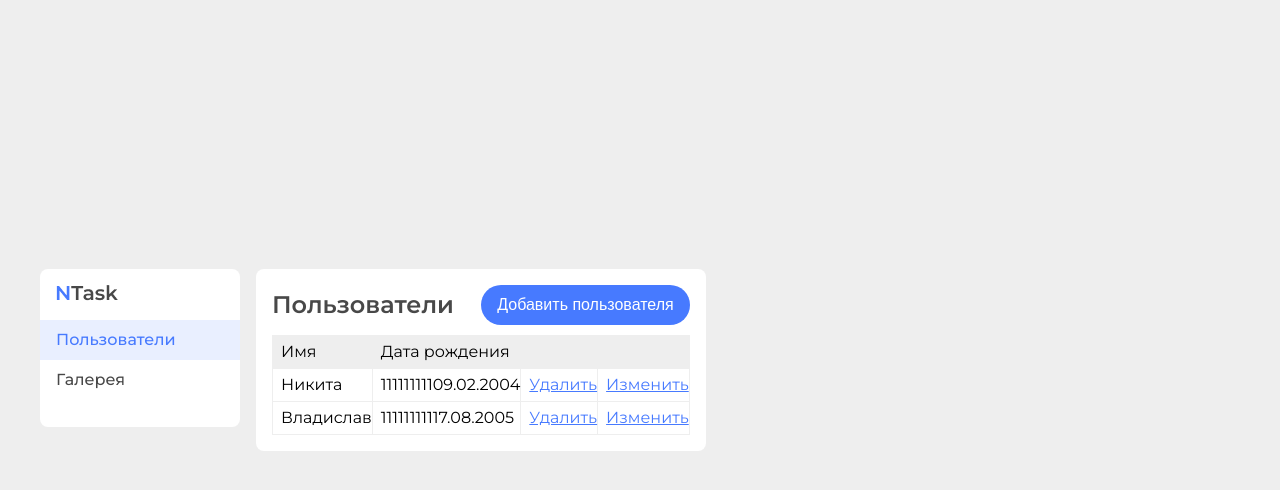
Repository: Grid-Master/NTask
Page: /gallery
These files come from the project's save history. The page is drawn as it stood at one moment and after the next save; the edit follows.
The browser window is 1280 px wide. The pictures show the whole page.
The project was rebuilt for these pictures with package versions that can differ from the ones it lists, and the page was loaded fresh each time. Also part of the build but not shown: src/components/gallery/gallery.sass, src/components/gallery/Gallery.tsx, src/components/updateUser/updateUser.sass, src/components/updateUser/UpdateUser.tsx.

Above is the page before, as saved 2023-06-09 19:45:46.

### public/index.html
<!DOCTYPE html>
<html lang="en">
  <head>
    <meta charset="utf-8" />
    <link rel="icon" href="%PUBLIC_URL%/favicon.ico" />
    <meta name="viewport" content="width=device-width, initial-scale=1" />
    <meta name="theme-color" content="#000000" />
    <meta name="description" content="Web site created using create-react-app" />
    <link rel="apple-touch-icon" href="%PUBLIC_URL%/logo192.png" />
    <link rel="preconnect" href="https://fonts.googleapis.com" />
    <link rel="preconnect" href="https://fonts.gstatic.com" crossorigin />
    <link
      href="https://fonts.googleapis.com/css2?family=Montserrat:wght@300;400;500;600;700&display=swap"
      rel="stylesheet" />
    <link rel="manifest" href="%PUBLIC_URL%/manifest.json" />
    <title>React App</title>
  </head>
  <body>
    <noscript>You need to enable JavaScript to run this app.</noscript>
    <div id="root"></div>
  </body>
</html>

### src/index.tsx
import React from 'react';
import ReactDOM from 'react-dom/client';
import { Provider } from 'react-redux';
import './index.css';
import App from './App';
import { BrowserRouter } from 'react-router-dom';
import store from './store';

const root = ReactDOM.createRoot(document.getElementById('root') as HTMLElement);
root.render(
  <React.StrictMode>
    <BrowserRouter>
      <Provider store={store}>
        <App />
      </Provider>
    </BrowserRouter>
  </React.StrictMode>,
);

### src/index.css
html, body, div, span, applet, object, iframe,
h1, h2, h3, h4, h5, h6, p, blockquote, pre,
a, abbr, acronym, address, big, cite, code,
del, dfn, em, img, ins, kbd, q, s, samp,
small, strike, strong, sub, sup, tt, var,
b, u, i, center,
dl, dt, dd, ol, ul, li,
fieldset, form, label, legend,
table, caption, tbody, tfoot, thead, tr, th, td,
article, aside, canvas, details, embed,
figure, figcaption, footer, header, hgroup,
menu, nav, output, ruby, section, summary,
time, mark, audio, video {
	margin: 0;
	padding: 0;
	border: 0;
	font-size: 100%;
	font: inherit;
	vertical-align: baseline;
}
/* HTML5 display-role reset for older browsers */
article, aside, details, figcaption, figure,
footer, header, hgroup, menu, nav, section {
	display: block;
}
body {
	line-height: 1;
}
ol, ul {
	list-style: none;
}
blockquote, q {
	quotes: none;
}
blockquote:before, blockquote:after,
q:before, q:after {
	content: '';
	content: none;
}
table {
	border-collapse: collapse;
}
body {
  margin: 0;
  font-family: Montserrat;
  background: #EEEEEE;
;
}
input {
	font-family: Montserrat;
}

#root {
	display: flex;
	align-items: center;
	justify-content: center;
	height: 100vh;
}

code {
  font-family: source-code-pro, Menlo, Monaco, Consolas, 'Courier New',
    monospace;
}

### src/App.tsx
import './App.css';
import { FC, useEffect } from 'react';
import Navbar from './components/navabar/Navbar';
import UserList from './components/userList/UserList';
import { Routes, Route, useNavigate } from 'react-router-dom';
import Gallery from './components/gallery/Gallery';
import UpdateUser from './components/updateUser/UpdateUser';

const App: FC = () => {
  const navigate = useNavigate();
  useEffect(() => {
    navigate('/NTask/users');
  }, []);

  return (
    <div className="App">
      <Navbar />
      <Routes>
        <Route path="/NTask/users" element={<UserList />} />
        <Route path="/NTask/users/:id" element={<UpdateUser />} />
        <Route path="/NTask/gallery" element={<Gallery />} />
        <Route path="*" element={<h1>Error</h1>} />
      </Routes>
    </div>
  );
};

export default App;

### src/store/index.ts
import { configureStore } from '@reduxjs/toolkit';
import usersReducer from './usersSlice';
import galleryReducer from './gallerySlice';

const store = configureStore({
  reducer: { usersReducer, galleryReducer },
});

export default store;

export type RootState = ReturnType<typeof store.getState>;
export type AppDispatch = typeof store.dispatch;

### src/App.css
.App {

  width: 100%;
  display: flex;
  align-items:start;
  gap: 16px;
  max-width: 1200px;
  margin: 0 auto;
}

@media screen and (max-width: 1200px) {
  .App {
    flex-direction: column;
    max-width: 1000px;
  }
}
@media screen and (max-width: 1000px) {
  .App {
    max-width: 600px;
    padding: 16px;
  }
}
@media screen and (max-width: 600px) {
  .App {
    max-width: calc(320px - 32px);
  }
}

### src/components/navabar/Navbar.tsx
import { FC } from 'react';
import './navbar.sass';
import { useNavigate, useLocation } from 'react-router-dom';
const logo = require('../../images/logo.png');

const Navbar: FC = () => {
  const navigate = useNavigate();
  const { pathname } = useLocation();

  return (
    <div className="navbar">
      <div className="navbar__imagecontainer">
        <img src={logo} alt="logo" />
      </div>
      <div
        className={pathname.includes('/users') ? 'navbar__item navbar__active' : 'navbar__item'}
        onClick={() => navigate('/NTask/users')}>
        Пользователи
      </div>
      <div
        className={pathname.includes('/gallery') ? 'navbar__item navbar__active' : 'navbar__item'}
        onClick={() => navigate('/NTask/gallery')}>
        Галерея
      </div>
    </div>
  );
};

export default Navbar;

### src/components/userList/UserList.tsx
import React, { FC } from 'react';
import { useNavigate } from 'react-router-dom';
import './userList.sass';
import { useAppDispatch, useAppSelector } from '../../store/hooks';
import { removeUser } from '../../store/usersSlice';

const UserList: FC = () => {
  const navigate = useNavigate();
  const users = useAppSelector((state) => state.usersReducer.users);
  const dispatch = useAppDispatch();

  const updateHandler = (router: string) => {
    navigate(router);
    window.scrollTo(0, 0);
  };

  const deleteHandler = (id: number) => {
    dispatch(removeUser(id));
  };

  return (
    <div className="userList">
      <div>
        <h1 className="userList__title">Пользователи</h1>
        <button className="userList__addUserBtn" onClick={() => updateHandler('createuser')}>
          Добавить пользователя
        </button>
      </div>
      <table className="userList__table">
        <tr className="userList__table-info">
          <td>Имя</td>
          <td>Дата рождения</td>
          <td></td>
          <td></td>
        </tr>
        {users.map((user) => (
          <tr key={user.id}>
            <td>{user.name}</td>
            <td> 111111111{user.date}</td>
            <td className="userList__table-btn" onClick={() => deleteHandler(user.id)}>
              Удалить
            </td>
            <td className="userList__table-btn" onClick={() => updateHandler(`${user.id}`)}>
              Изменить
            </td>
          </tr>
        ))}
      </table>
    </div>
  );
};

export default UserList;

### src/store/usersSlice.ts
import { createSlice, PayloadAction } from '@reduxjs/toolkit';
import { users } from '../data/users';

export interface IUser {
  id: number;
  name: string;
  date: string;
}

const usersSlice = createSlice({
  name: 'users',
  initialState: {
    users: [...users] as IUser[],
  },
  reducers: {
    addUser(state, action: PayloadAction<IUser>) {
      state.users.push(action.payload);
    },
    updateUser(state, action: PayloadAction<IUser>) {
      let updateUser = state.users.find((user) => user.id === action.payload.id);
      if (updateUser) {
        updateUser.name = action.payload.name;
        updateUser.date = action.payload.date;
      }
      state.users = state.users.map((user) => (user.id === updateUser?.id ? updateUser : user));
    },
    removeUser(state, action: PayloadAction<number>) {
      state.users = state.users.filter((user) => user.id !== action.payload);
    },
  },
});

export const { removeUser, updateUser, addUser } = usersSlice.actions;

export default usersSlice.reducer;

### src/store/gallerySlice.ts
import { createSlice, PayloadAction } from '@reduxjs/toolkit';

export interface IPhoto {
  id: number;
  isSelected: boolean;
  file: any;
}

const gallerySlice = createSlice({
  name: 'users',
  initialState: {
    photos: [] as IPhoto[],
  },
  reducers: {
    addPhoto(state, action: PayloadAction<IPhoto>) {
      state.photos.unshift(action.payload);
    },
    pickPhoto(state, action: PayloadAction<number>) {
      const pickedPhoto = state.photos.findIndex((photo) => photo.id === action.payload);
      console.log(pickedPhoto, 'picked');
      if (pickedPhoto !== -1) {
        state.photos[pickedPhoto] = {
          ...state.photos[pickedPhoto],
          isSelected: !state.photos[pickedPhoto].isSelected,
        };
      }
    },
    removePhotos(state) {
      state.photos = state.photos.filter((photo) => !photo.isSelected);
    },
  },
});

export const { addPhoto, pickPhoto, removePhotos } = gallerySlice.actions;

export default gallerySlice.reducer;

### src/components/navabar/navbar.sass
.navbar
    width: 200px
    height: 158px
    background: #FFFFFF
    border-radius: 8px
    &__imagecontainer
        padding: 16px 0
        margin-left: 16px
    &__item
        padding: 8px 16px
        cursor: pointer
        font-weight: 500
        font-size: 16px
        line-height: 150%
        color: #484848
        transition: .3s
        &:hover
            color: #477AFF

    &__active
        background: #E9EFFF
        color: #477AFF

@media screen and (max-width: 600px)
    .navbar
        width: 288px
        height: 158px

### src/components/userList/userList.sass
.userList
    // width: 100%
    background: #FFFFFF
    border-radius: 8px
    padding: 16px
    >div
        display: flex
        align-items: center
        justify-content: space-between
    &__title
        font-weight: 600
        font-size: 24px
        line-height: 150%
        color: #484848
    &__addUserBtn
        font-weight: 500
        font-size: 16px
        line-height: 100%
        color: #FFFFFF
        background: #477AFF
        border-radius: 20px
        padding: 12px 16px
        border: none
        outline: none
        cursor: pointer
        transition: .3s
        &:hover
            opacity: .8
    &__table
        margin-top: 10px
        // width: 952px
        td
            border: 1px solid #EEEEEE
            // width: 238px
            text-align: start
            padding: 8px 0
            padding-left: 8px
        &-btn
            cursor: pointer
            text-decoration-line: underline
            color: #477AFF
            transition: .2s
            text-align: center !important
            &:hover
                opacity: .8
        tr td:nth-child(2)
            width: 131px !important
        // tr:first-child td:first-child
        //     border-radius: 8px 0 0 0
        // tr:first-child td:last-child
        //     border-radius: 0 8px 0 0
        // tr:last-child td:first-child
        //     border-radius: 0 0 8px 0
        // tr:last-child td:last-child
        //     border-radius: 0 0 0 8px //??
        &-info
            background-color: #EEEEEE
            border-radius: 8px !important

@media screen and (max-width: 1200px)
    .userList
        width: calc( 100% - 32px )
@media screen and (max-width: 600px)
    .userList
        &__table
            display: block
            overflow-x: scroll
            &::-webkit-scrollbar
                // width: 4px
                scroll-margin-top: 5px
                height: 4px
                border: 1px solid #d5d5d5
            &::-webkit-scrollbar-track
                border-radius: 0
                background: #eeeeee
            &::-webkit-scrollbar-thumb
                border-radius: 0
                background: #b0b0b0
                cursor: pointer
        >div
            flex-direction: column
            align-items: start
        &__title
            margin-bottom: 10px

### src/store/hooks.ts
import { useDispatch, useSelector, TypedUseSelectorHook } from 'react-redux';
import type { RootState, AppDispatch } from '../store';

export const useAppDispatch = () => useDispatch<AppDispatch>();
export const useAppSelector: TypedUseSelectorHook<RootState> = useSelector;

### src/data/users.ts
import { IUser } from '../store/usersSlice';

export const users: IUser[] = [
  {
    id: 1,
    name: 'Никита',
    date: '09.02.2004',
  },
  {
    id: 2,
    name: 'Владислав',
    date: '17.08.2005',
  },
];

After the next save:
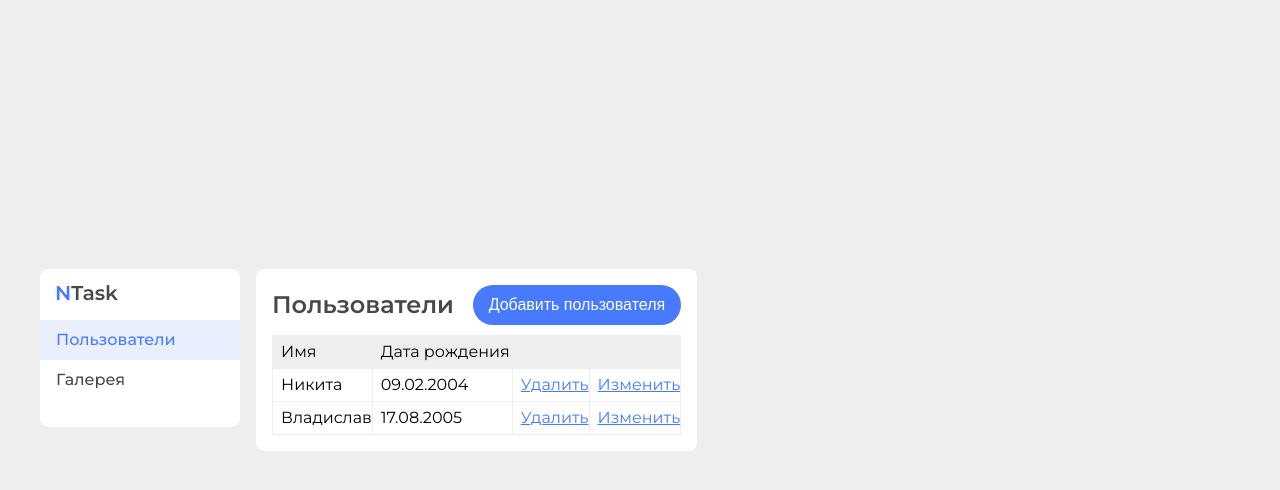
Saved 22 s later.
--- a/src/components/userList/UserList.tsx
+++ b/src/components/userList/UserList.tsx
@@ -36,7 +36,7 @@ const UserList: FC = () => {
         {users.map((user) => (
           <tr key={user.id}>
             <td>{user.name}</td>
-            <td> 111111111{user.date}</td>
+            <td>{user.date}</td>
             <td className="userList__table-btn" onClick={() => deleteHandler(user.id)}>
               Удалить
             </td>
